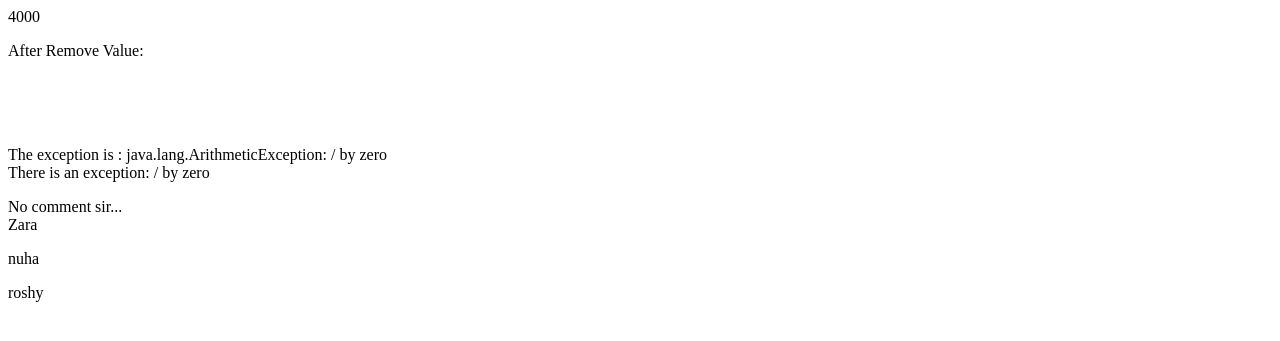
Repository: Asterisc-Institute/Adv-Java-Batch8
Page: http://localhost/Jsp-Day08/
An editor plug-in stored every save of this project. The page is shown before and after the next save, followed by the edit.
The browser window is 1280 px wide. The pictures show the whole page.
The page is served by Tomcat 9.

Above is the page before, as saved 2023-05-14 14:29:06.

After the next save:
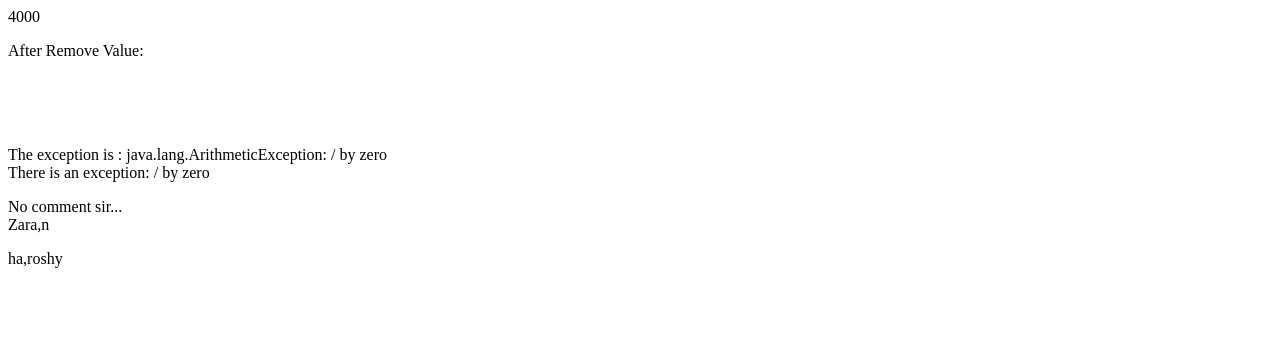
Saved 5 s later.
--- a/Jsp-Day08/WebContent/index.jsp
+++ b/Jsp-Day08/WebContent/index.jsp
@@ -53,7 +53,7 @@
 	</c:choose>
 
 <br/>
-   <c:forTokens items = "Zara,nuha,roshy" delims = "," var = "name">
+   <c:forTokens items = "Zara,nuha,roshy" delims = "u" var = "name">
          <c:out value = "${name}"/><p>
       </c:forTokens>
 
